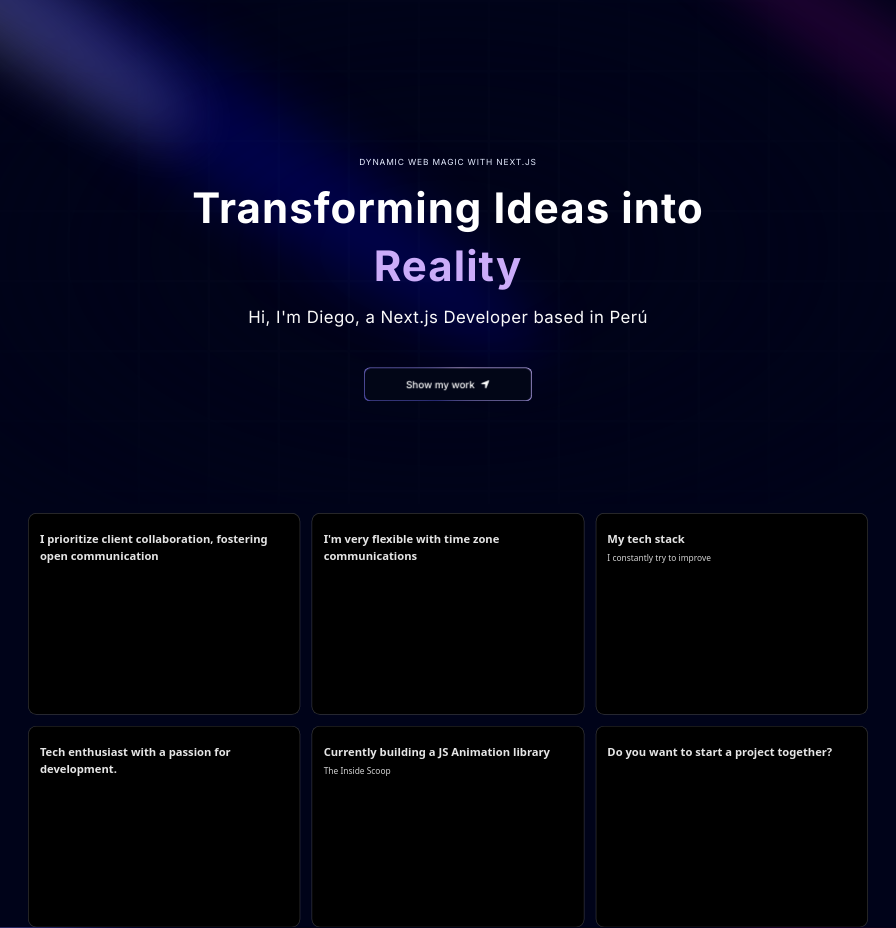
Repository: drsamame/portfolio.next
Page: /
The author's editor kept a copy of each file at every save. The page is drawn from the files as they stood at one save, then again after the next save.
The browser window is 1280 px wide. The pictures show the part of the page from y = 0 to 1920 px (the page is 1325 px tall before and 4365 px after), at 70% of full size.
The project was rebuilt for these pictures with package versions that can differ from the ones it lists, and the page was loaded fresh each time. The framework's server and built-in components were replaced by stand-ins that run in the browser. Also part of the build but not shown: next.config.mjs.

Above is the page before, as saved 2024-07-02 19:35:02.

### app/layout.tsx
import type { Metadata } from 'next';
import { Inter } from 'next/font/google';
import './globals.css';
import { ThemeProvider } from './provider';

const inter = Inter({ subsets: ['latin'] });

export const metadata: Metadata = {
	title: "Diego's Portfolio",
	description: 'Modern & Minimalist JS Mastery Portfolio',
};

export default function RootLayout({
	children,
}: Readonly<{
	children: React.ReactNode;
}>) {
	return (
		<html lang="en">
			<body className={inter.className}>
				<ThemeProvider
					attribute="class"
					defaultTheme="dark"
					enableSystem
					disableTransitionOnChange
				>
					{children}
				</ThemeProvider>
			</body>
		</html>
	);
}

### app/page.tsx
import Hero from '@/components/Hero';
import { FloatingNav } from '../components/ui/FloatinNav';
import { FaHome } from 'react-icons/fa';
import Grid from '@/components/Grid';
import { navItems } from '@/data';

export default function Home() {
	return (
		<main className="relative bg-black-100 flex justify-center items-center flex-col overflow-hidden mx-auto sm:px-10 px-5">
			<div className="max-w-7xl w-full">
				<FloatingNav
					navItems={navItems}
				/>
				<Hero />
        <Grid />
			</div>
		</main>
	);
}

### components/Hero.tsx
import React from 'react';
import { Spotlight } from '@/components/ui/Spotlight';
import { TextGenerateEffect } from './ui/TextGenerateEffect';
import MagicButton from './ui/MagicButton';
import { FaLocationArrow } from 'react-icons/fa6';


function Hero() {
	return (
		<div className="pb-20 pt-36">
			<div>
				{' '}
				<Spotlight
					className="-top-40 -left-10 md:-left-32 md:-top-20p h-screen"
					fill="white"
				/>
				<Spotlight
					className="top-10 left-full h-[80vh] w-[50vw]"
					fill="purple"
				/>
				<Spotlight className="top-28 left-80 h-[80-vh] w-[50vw]" fill="blue" />
			</div>
			<div className="h-screen w-full dark:bg-black-100 bg-white  dark:bg-grid-white/[0.01] bg-grid-black/[0.1] flex items-center justify-center absolute left-0 top-0">
				<div className="absolute pointer-events-none inset-0 flex items-center justify-center dark:bg-black-100 bg-white [mask-image:radial-gradient(ellipse_at_center,transparent_20%,black)]"></div>
			</div>
			<div className="flex justify-center relative my-20 z-10">
				<div className="max-w-[89vw] md:max-w-2xl lg:max-w-[60vw] flex flex-col items-center justify-center">
					<h2 className="uppercase tracking-widest text-xs text-center text-blue-100 max-w-80">
						DYNAMIC WEB MAGIC WITH NEXT.JS
					</h2>
					<TextGenerateEffect
						className="text-center text-[40px] md:text-5xl lg:text-6xl"
						words={'Transforming Ideas into Reality'}
					></TextGenerateEffect>
					<p className="text-center md:tracking-wide mb-4 text-sm md:text-lg lg:text-2xl">
						Hi, I&apos;m Diego, a Next.js Developer based in Perú
					</p>
					<MagicButton
						title="Show my work"
						icon={<FaLocationArrow />}
						position="right"
					/>
				</div>
			</div>
		</div>
	);
}

export default Hero;

### components/ui/FloatinNav.tsx
"use client";
import React, { useState } from "react";
import {
  motion,
  AnimatePresence,
  useScroll,
  useMotionValueEvent,
} from "framer-motion";
import { cn } from "@/utils/cn";
import Link from "next/link";

export const FloatingNav = ({
  navItems,
  className,
}: {
  navItems: {
    name: string;
    link: string;
    icon?: JSX.Element;
  }[];
  className?: string;
}) => {
  const { scrollYProgress } = useScroll();

  const [visible, setVisible] = useState(false);

  useMotionValueEvent(scrollYProgress, "change", (current) => {
    // Check if current is not undefined and is a number
    if (typeof current === "number") {
      let direction = current! - scrollYProgress.getPrevious()!;

      if (scrollYProgress.get() < 0.05) {
        setVisible(false);
      } else {
        if (direction < 0) {
          setVisible(true);
        } else {
          setVisible(false);
        }
      }
    }
  });

  return (
    <AnimatePresence mode="wait">
      <motion.div
        initial={{
          opacity: 1,
          y: -100,
        }}
        animate={{
          y: visible ? 0 : -100,
          opacity: visible ? 1 : 0,
        }}
        transition={{
          duration: 0.2,
        }}
        className={cn(
          "flex max-w-fit  fixed top-10 inset-x-0 mx-auto border border-transparent dark:border-white/[0.2] rounded-full dark:bg-black bg-white shadow-[0px_2px_3px_-1px_rgba(0,0,0,0.1),0px_1px_0px_0px_rgba(25,28,33,0.02),0px_0px_0px_1px_rgba(25,28,33,0.08)] z-[5000] pr-2 pl-8 py-2  items-center justify-center space-x-4",
          className
        )}
      >
        {navItems.map((navItem: any, idx: number) => (
          <Link
            key={`link=${idx}`}
            href={navItem.link}
            className={cn(
              "relative dark:text-neutral-50 items-center flex space-x-1 text-neutral-600 dark:hover:text-neutral-300 hover:text-neutral-500"
            )}
          >
            <span className="block sm:hidden">{navItem.icon}</span>
            <span className="hidden sm:block text-sm">{navItem.name}</span>
          </Link>
        ))}
        <button className="border text-sm font-medium relative border-neutral-200 dark:border-white/[0.2] text-black dark:text-white px-4 py-2 rounded-full">
          <span>Login</span>
          <span className="absolute inset-x-0 w-1/2 mx-auto -bottom-px bg-gradient-to-r from-transparent via-blue-500 to-transparent  h-px" />
        </button>
      </motion.div>
    </AnimatePresence>
  );
};

### components/Grid.tsx
import React from 'react';
import { BentoGrid, BentoGridItem } from './ui/BentoGrid';
import { gridItems } from '../data';

function Grid() {
	return (
		<section>
			<BentoGrid>
				{gridItems.map((item, index) => (
                    <BentoGridItem key={index} title={item.title} description={item.description} />
                ))
                }
			</BentoGrid>
		</section>
	);
}

export default Grid;

### components/ui/Spotlight.tsx
import React from "react";
import { cn } from "@/utils/cn";

type SpotlightProps = {
  className?: string;
  fill?: string;
};

export const Spotlight = ({ className, fill }: SpotlightProps) => {
  return (
    <svg
      className={cn(
        "animate-spotlight pointer-events-none absolute z-[1]  h-[169%] w-[138%] lg:w-[84%] opacity-0",
        className
      )}
      xmlns="http://www.w3.org/2000/svg"
      viewBox="0 0 3787 2842"
      fill="none"
    >
      <g filter="url(#filter)">
        <ellipse
          cx="1924.71"
          cy="273.501"
          rx="1924.71"
          ry="273.501"
          transform="matrix(-0.822377 -0.568943 -0.568943 0.822377 3631.88 2291.09)"
          fill={fill || "white"}
          fillOpacity="0.21"
        ></ellipse>
      </g>
      <defs>
        <filter
          id="filter"
          x="0.860352"
          y="0.838989"
          width="3785.16"
          height="2840.26"
          filterUnits="userSpaceOnUse"
          colorInterpolationFilters="sRGB"
        >
          <feFlood floodOpacity="0" result="BackgroundImageFix"></feFlood>
          <feBlend
            mode="normal"
            in="SourceGraphic"
            in2="BackgroundImageFix"
            result="shape"
          ></feBlend>
          <feGaussianBlur
            stdDeviation="151"
            result="effect1_foregroundBlur_1065_8"
          ></feGaussianBlur>
        </filter>
      </defs>
    </svg>
  );
};

### components/ui/TextGenerateEffect.tsx
"use client";
import { useEffect } from "react";
import { motion, stagger, useAnimate } from "framer-motion";
import { cn } from "@/utils/cn";

export const TextGenerateEffect = ({
  words,
  className,
}: {
  words: string;
  className?: string;
}) => {
  const [scope, animate] = useAnimate();
  let wordsArray = words.split(" ");
  useEffect(() => {
    animate(
      "span",
      {
        opacity: 1,
      },
      {
        duration: 2,
        delay: stagger(0.2),
      }
    );
  }, [scope.current]);

  const renderWords = () => {
    return (
      <motion.div ref={scope}>
        {wordsArray.map((word, idx) => {
          return (
            <motion.span
              key={word + idx}
              className={`${ idx > 2 ? 'text-purple': 'dark:text-white text-black'}  opacity-0`}
            >
              {word}{" "}
            </motion.span>
          );
        })}
      </motion.div>
    );
  };

  return (
    <div className={cn("font-bold", className)}>
      <div className="my-4">
        <div className=" dark:text-white text-black leading-snug tracking-wide">
          {renderWords()}
        </div>
      </div>
    </div>
  );
};

### components/ui/MagicButton.tsx
import React from 'react';

function MagicButton({ title, icon, position, handleClick, otherClases }: { title: string; icon: React.ReactNode; position: string; handleClick: () => void; otherClases?: string }) {
	return (
		<button className="relative inline-flex h-12 overflow-hidden rounded-lg p-[1px] focus:outline-none md:w-60 md:mt-10">
			<span className="absolute inset-[-1000%] animate-[spin_2s_linear_infinite] bg-[conic-gradient(from_90deg_at_50%_50%,#E2CBFF_0%,#393BB2_50%,#E2CBFF_100%)]" />
			<span className={`inline-flex h-full w-full cursor-pointer items-center justify-center rounded-lg bg-slate-950 px-7 text-sm font-medium text-white backdrop-blur-3xl gap-2 ${otherClases}`}>
                {position === 'left' && icon}
				{title}
                {position === 'right' && icon}
			</span>
		</button>
	);
}

export default MagicButton;

### components/ui/BentoGrid.tsx
import { cn } from "@/utils/cn";

export const BentoGrid = ({
  className,
  children,
}: {
  className?: string;
  children?: React.ReactNode;
}) => {
  return (
    <div
      className={cn(
        "grid md:auto-rows-[18rem] grid-cols-1 md:grid-cols-3 gap-4 max-w-7xl mx-auto ",
        className
      )}
    >
      {children}
    </div>
  );
};

export const BentoGridItem = ({
  className,
  title,
  description,
  header,
  icon,
}: {
  className?: string;
  title?: string | React.ReactNode;
  description?: string | React.ReactNode;
  header?: React.ReactNode;
  icon?: React.ReactNode;
}) => {
  return (
    <div
      className={cn(
        "row-span-1 relative rounded-xl group/bento hover:shadow-xl transition duration-200 shadow-input dark:shadow-none p-4 dark:bg-black dark:border-white/[0.2] bg-white border border-transparent justify-between flex flex-col space-y-4",
        className
      )}
    >
      {header}
      <div className="group-hover/bento:translate-x-2 transition duration-200">
        {icon}
        <div className="font-sans font-bold text-neutral-600 dark:text-neutral-200 mb-2 mt-2">
          {title}
        </div>
        <div className="font-sans font-normal text-neutral-600 text-xs dark:text-neutral-300">
          {description}
        </div>
      </div>
    </div>
  );
};

Loaded but not shown: app/globals.css (common file); app/provider.tsx (common file); data/index.ts (common file); utils/cn.ts (common file); tailwind.config.ts (common file)

After the next save:
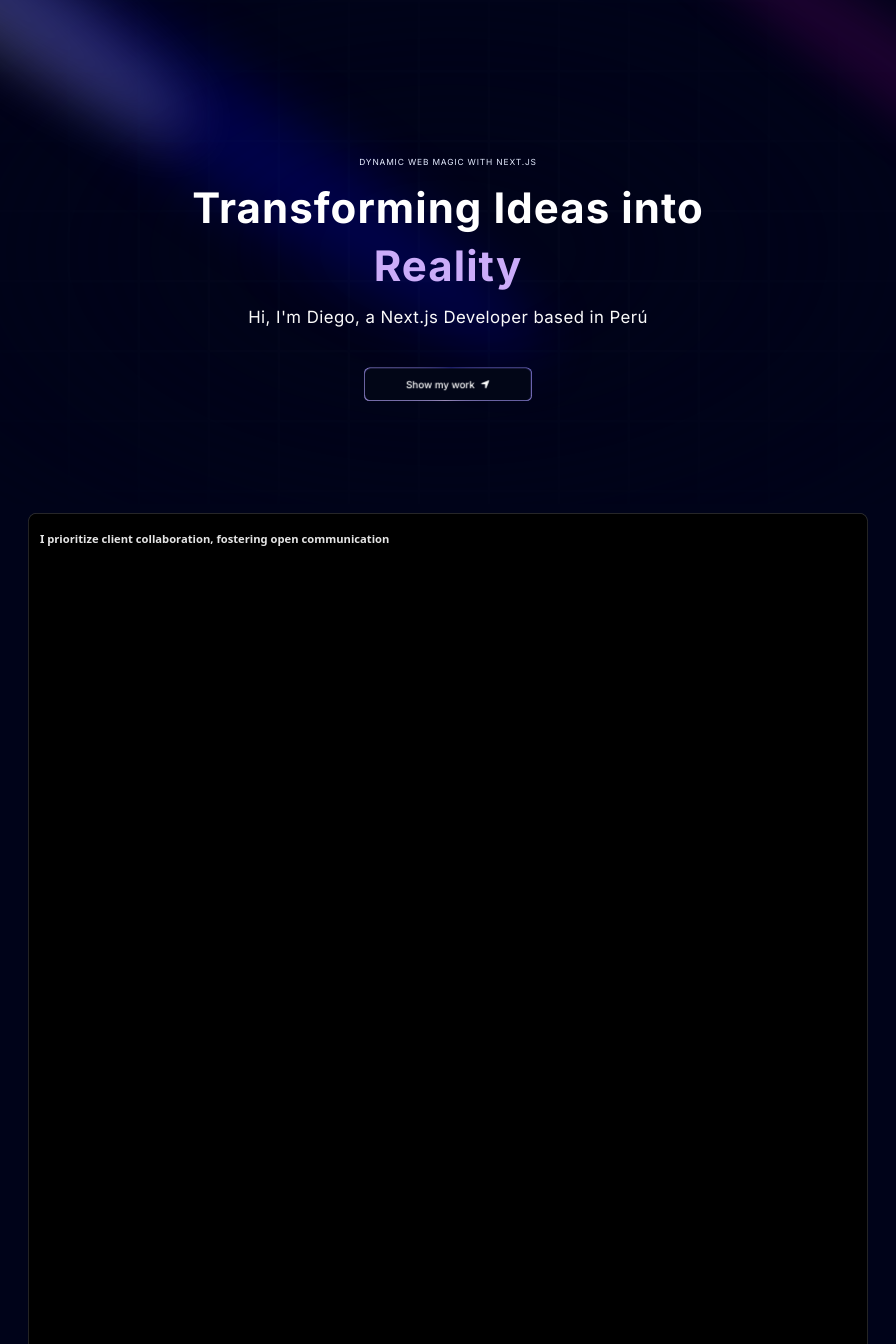
Saved 20 h 38 min later.
--- a/components/Grid.tsx
+++ b/components/Grid.tsx
@@ -7,9 +7,14 @@
 		<section>
 			<BentoGrid>
 				{gridItems.map((item, index) => (
-                    <BentoGridItem key={index} title={item.title} description={item.description} />
-                ))
-                }
+					<BentoGridItem
+						key={index}
+						title={item.title}
+						description={item.description}
+                        className={item.className}
+
+					/>
+				))}
 			</BentoGrid>
 		</section>
 	);
